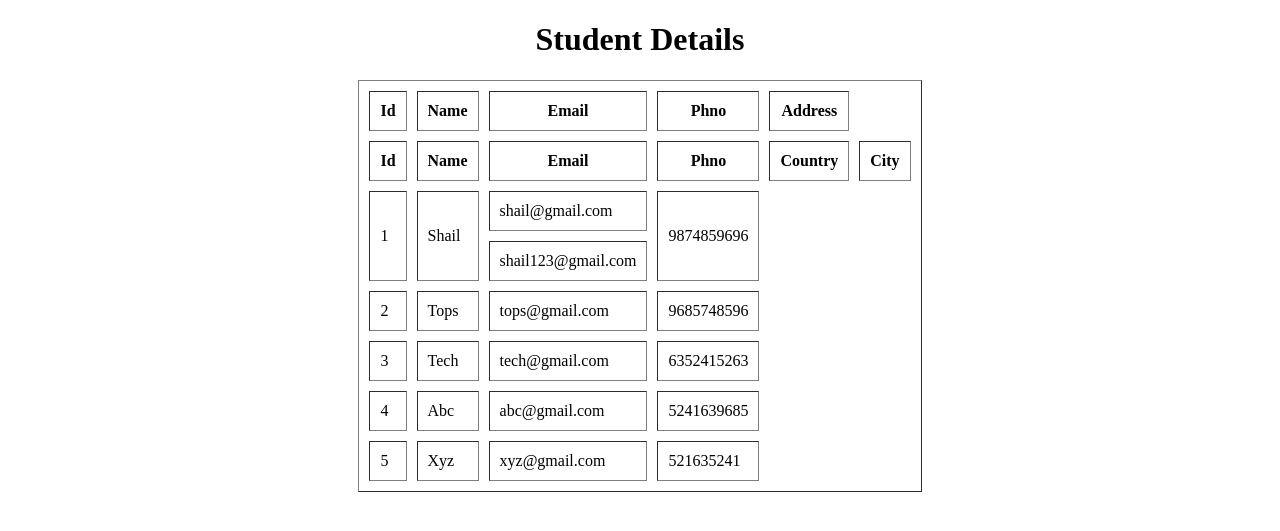
Repository: Chintan-elite/Java_Shail
Page: Learning_web/src/main/webapp/Table.html
An editor plug-in stored every save of this project. The page is shown before and after the next save, followed by the edit.
The browser window is 1280 px wide. The pictures show the whole page.

Above is the page before, as saved 2023-09-11 11:50:40.

### Learning_web/src/main/webapp/Table.html
<!DOCTYPE html>
<html>
<head>
<meta charset="ISO-8859-1">
<title>Insert title here</title>
</head>
<body>
		<h1 align="center">Student Details</h1>

		<table border="1" align="center" cellpadding="10" cellspacing="10">
		<tr>
			<th>Id</th>
			<th>Name</th>
			<th>Email</th>
			<th>Phno</th>
			<th>Address</th>
		</tr>

		<tr>
		<th>Id</th>
			<th>Name</th>
			<th>Email</th>
			<th>Phno</th>
			<th>Country</th>
			<th>City</th>
		</tr>

		<tr>
			<td rowspan="2">1</td>
			<td rowspan="2">Shail</td>
			<td>shail@gmail.com</td>
			<td rowspan="2">9874859696</td>
		</tr>

		<tr>


			<td>shail123@gmail.com</td>

		</tr>

		<tr>
			<td>2</td>
			<td>Tops</td>
			<td>tops@gmail.com</td>
			<td>9685748596</td>
		</tr>

		<tr>
			<td>3</td>
			<td>Tech</td>
			<td>tech@gmail.com</td>
			<td>6352415263</td>
		</tr>

		<tr>
			<td>4</td>
			<td>Abc</td>
			<td>abc@gmail.com</td>
			<td>5241639685</td>
		</tr>

		<tr>
			<td>5</td>
			<td>Xyz</td>
			<td>xyz@gmail.com</td>
			<td>521635241</td>
		</tr>


		</table>




</body>
</html>

After the next save:
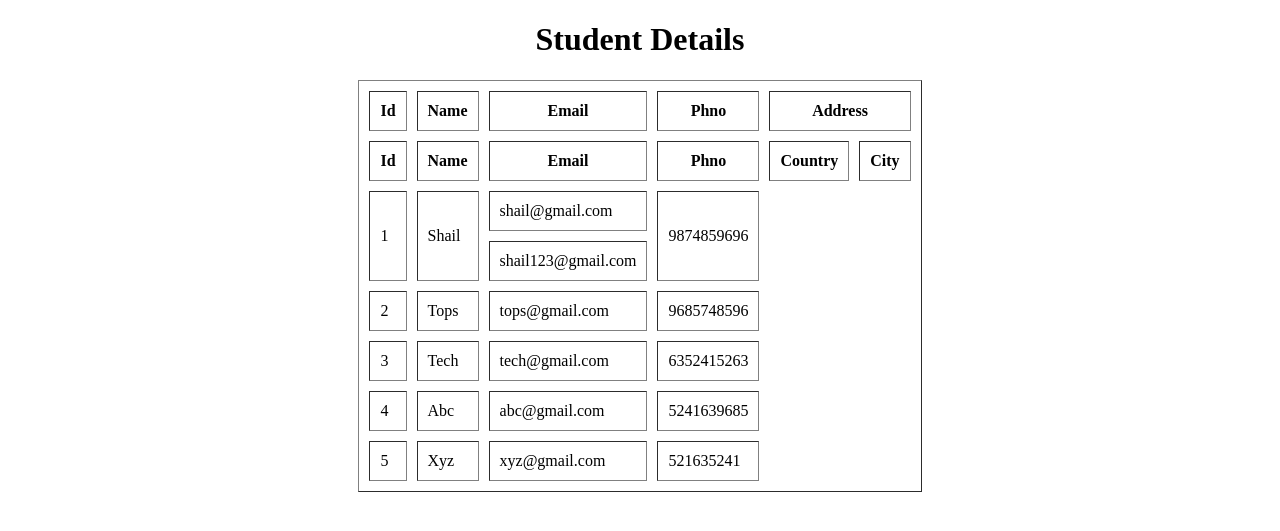
Saved 26 s later.
--- a/Learning_web/src/main/webapp/Table.html
+++ b/Learning_web/src/main/webapp/Table.html
@@ -13,7 +13,7 @@
 			<th>Name</th>
 			<th>Email</th>
 			<th>Phno</th>
-			<th>Address</th>
+			<th colspan="2">Address</th>
 		</tr>
 
 		<tr>
